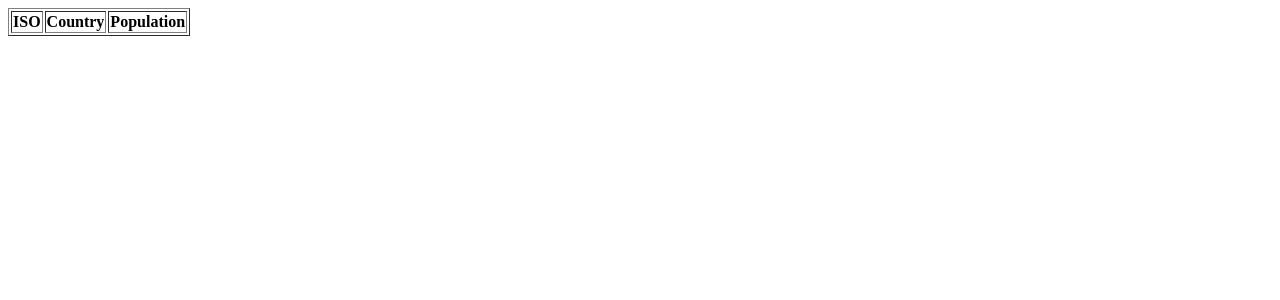
Repository: sunilkc-7/FormikwithRedux
Page: /
These files come from the project's save history. The page is drawn as it stood at one moment and after the next save; the edit follows.
The browser window is 1280 px wide. The pictures show the whole page.
The page's requests for data from a server got no answer. The project was rebuilt for these pictures with package versions that can differ from the ones it lists, and the page was loaded fresh each time. No one was signed in, and anything a server would have sent is missing.

Above is the page before, as saved 2023-08-17 10:12:20.

### src/index.js
// src/index.js

import React from "react";
import ReactDOM from "react-dom";
import { Provider } from "react-redux";
import store from "./store";
import App from "./components/App";

ReactDOM.render(
  <Provider store={store}>
    <App />
  </Provider>,
  document.getElementById("root")
);

### src/store/index.js
import { createStore, applyMiddleware } from "redux";
import thunk from "redux-thunk";
import rootReducer from "../reducers";

const store = createStore(rootReducer, applyMiddleware(thunk));

export default store;

### src/components/App.js
import React, { useEffect } from "react";
import { useSelector, useDispatch } from "react-redux";
import { fetchUsers } from "../actions/userActions";

const App = () => {
  const dispatch = useDispatch();
  const users = useSelector((state) => state.users.users);

  useEffect(() => {
    dispatch(fetchUsers());
  }, [dispatch]);

  return (
    <div>
      <table border="1">
        <thead>
          <tr>
            <th>ISO</th>
            <th>Country</th>
            <th>Population</th>
          </tr>
        </thead>
        <tbody>
          {users.map((user, index) => (
            <tr key={index}>
              <td>{user.ISO}</td>
              <td>{user.country}</td>
              <td>{user.population}</td>
            </tr>
          ))}
        </tbody>
      </table>
    </div>
  );
};

export default App;

### src/reducers/index.js
import { combineReducers } from "redux";
import userReducer from "./userReducer";

export default combineReducers({
  users: userReducer,
});

### src/actions/userActions.js
export const fetchUsersBegin = () => ({
  type: "FETCH_USERS_BEGIN",
});

export const fetchUsersSuccess = (users) => ({
  type: "FETCH_USERS_SUCCESS",
  payload: users,
});

export const fetchUsersError = (error) => ({
  type: "FETCH_USERS_ERROR",
  payload: error,
});
export const addUser = (user) => ({
  type: "ADD_USER",
  payload: user,
});

export const updateUser = (user) => ({
  type: "UPDATE_USER",
  payload: user,
});

export const deleteUser = (id) => ({
  type: "DELETE_USER",
  payload: id,
});

export const fetchUsers = () => {
  return (dispatch) => {
    dispatch(fetchUsersBegin());
    fetch("http://192.168.1.140:5000/data/countrydata")
      .then((response) => response.json())
      .then((data) => {
        console.log(data, "data");
        dispatch(fetchUsersSuccess(data));
      })
      .catch((error) => {
        dispatch(fetchUsersError(error));
      });
  };
};

### src/reducers/userReducer.js
const initialState = {
  users: [],
  loading: false,
  error: null,
};

export default function userReducer(state = initialState, action) {
  switch (action.type) {
    case "FETCH_USERS_BEGIN":
      return {
        ...state,
        loading: true,
        error: null,
      };
    case "FETCH_USERS_SUCCESS":
      return {
        ...state,
        loading: false,
        users: action.payload,
      };
    case "FETCH_USERS_ERROR":
      return {
        ...state,
        loading: false,
        error: action.payload,
        users: [],
      };
    case "ADD_USER":
      return {
        ...state,
        users: [...state.users, action.payload],
      };
    case "UPDATE_USER":
      return {
        ...state,
        users: state.users.map((user) =>
          user.id === action.payload.id ? action.payload : user
        ),
      };
    case "DELETE_USER":
      return {
        ...state,
        users: state.users.filter((user) => user.id !== action.payload),
      };
    default:
      return state;
  }
}

Loaded but not shown: public/index.html (common file)

After the next save:
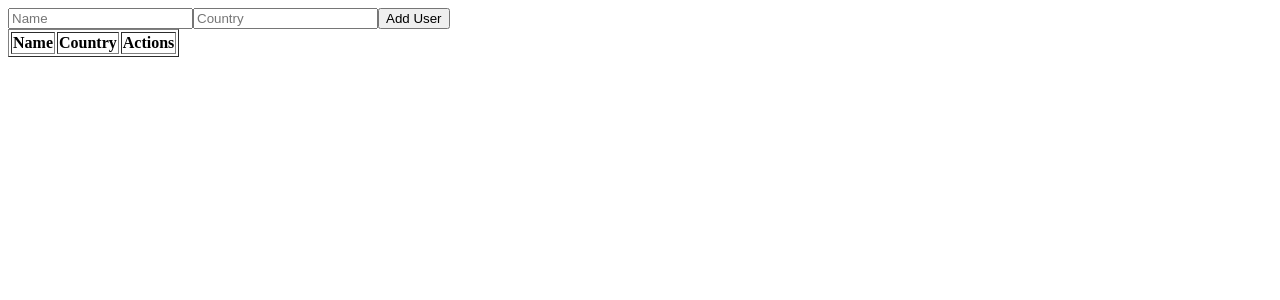
Saved 47 s later.
--- a/src/components/App.js
+++ b/src/components/App.js
@@ -1,31 +1,83 @@
-import React, { useEffect } from "react";
+// src/components/App.js
+
+import React, { useEffect, useState } from "react";
 import { useSelector, useDispatch } from "react-redux";
-import { fetchUsers } from "../actions/userActions";
+import {
+  fetchUsers,
+  addUser,
+  updateUser,
+  deleteUser,
+} from "../actions/userActions";
 
 const App = () => {
   const dispatch = useDispatch();
   const users = useSelector((state) => state.users.users);
 
+  const [newUserName, setNewUserName] = useState("");
+  const [newUserCountry, setNewUserCountry] = useState("");
+
   useEffect(() => {
     dispatch(fetchUsers());
   }, [dispatch]);
 
+  const handleAddUser = () => {
+    const newUser = {
+      id: Date.now(), // This is a simple unique id generator for the demo.
+      name: newUserName,
+      country: newUserCountry,
+    };
+    dispatch(addUser(newUser));
+  };
+
+  const handleDeleteUser = (id) => {
+    dispatch(deleteUser(id));
+  };
+
+  // For simplicity, we'll assume updates occur inline within the table.
+  const handleUpdateUser = (user) => {
+    const updatedName = prompt("Enter new name", user.name);
+    const updatedCountry = prompt("Enter new country", user.country);
+    if (updatedName && updatedCountry) {
+      dispatch(
+        updateUser({ ...user, name: updatedName, country: updatedCountry })
+      );
+    }
+  };
+
   return (
     <div>
+      <div>
+        <input
+          placeholder="Name"
+          value={newUserName}
+          onChange={(e) => setNewUserName(e.target.value)}
+        />
+        <input
+          placeholder="Country"
+          value={newUserCountry}
+          onChange={(e) => setNewUserCountry(e.target.value)}
+        />
+        <button onClick={handleAddUser}>Add User</button>
+      </div>
       <table border="1">
         <thead>
           <tr>
-            <th>ISO</th>
+            <th>Name</th>
             <th>Country</th>
-            <th>Population</th>
+            <th>Actions</th>
           </tr>
         </thead>
         <tbody>
-          {users.map((user, index) => (
-            <tr key={index}>
-              <td>{user.ISO}</td>
+          {users.map((user) => (
+            <tr key={user.id}>
+              <td>{user.name}</td>
               <td>{user.country}</td>
-              <td>{user.population}</td>
+              <td>
+                <button onClick={() => handleUpdateUser(user)}>Update</button>
+                <button onClick={() => handleDeleteUser(user.id)}>
+                  Delete
+                </button>
+              </td>
             </tr>
           ))}
         </tbody>
